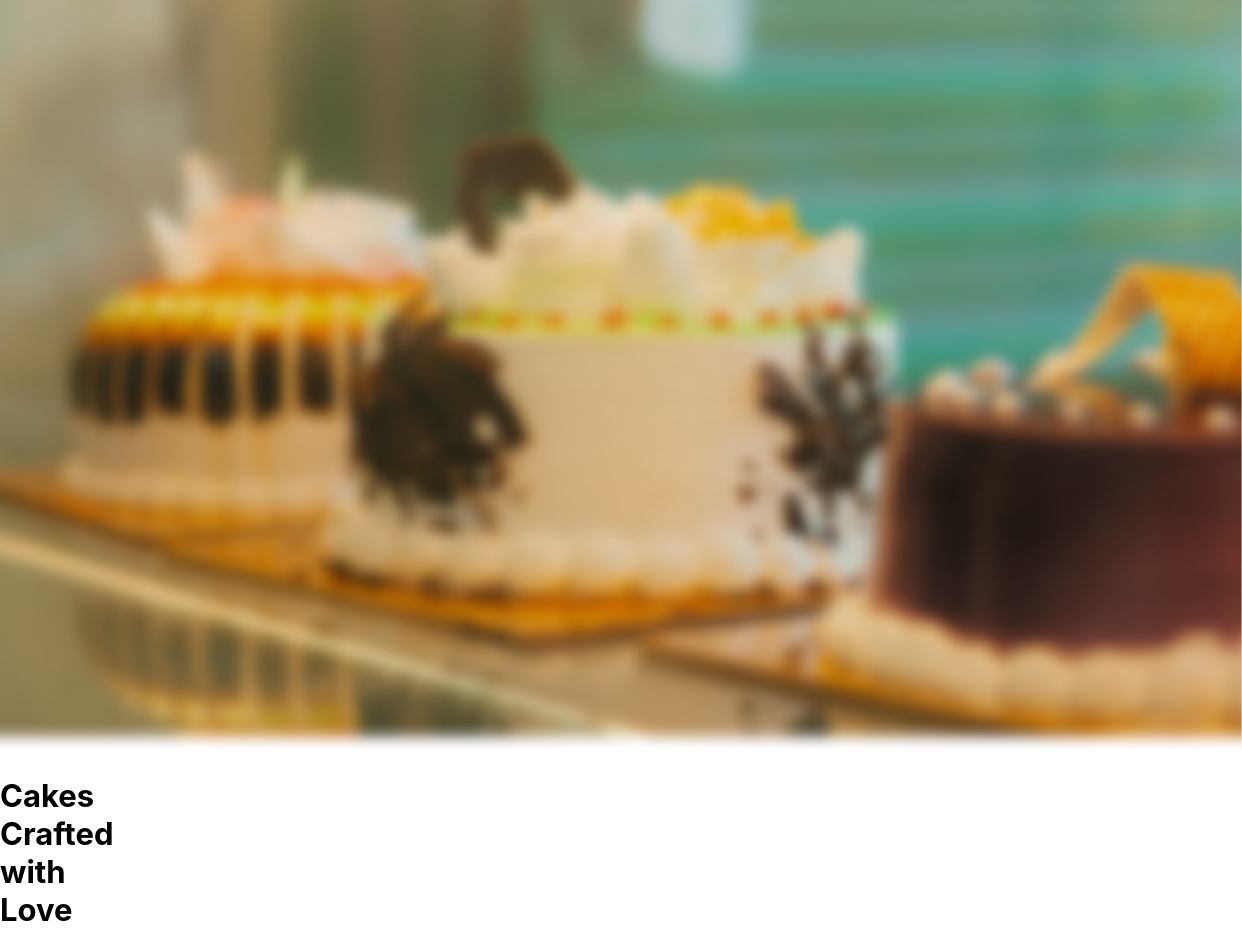
Repository: MEROO1010/cake-box-website
Page: / (app in Cake_box/cake_website/cake_frontend/)
The author's editor kept a copy of each file at every save. The page is drawn from the files as they stood at one save, then again after the next save.
The browser window is 1280 px wide. The pictures show the whole page, at 97% of full size.
The project was rebuilt for these pictures with package versions that can differ from the ones it lists, and the page was loaded fresh each time.

Above is the page before, as saved 2024-10-22 11:49:45.

### Cake_box/cake_website/cake_frontend/src/App.jsx
import { BrowserRouter as Router, Routes, Route } from 'react-router-dom';
import  Homepage from './components/HomePage/Homepage';

function App() {
    return (
        <Router>
            <Routes>
                <Route path="/" element={<Homepage />} />
            </Routes>
        </Router>
    );
}

export default App;

### Cake_box/cake_website/cake_frontend/src/components/HomePage/Homepage.jsx
import React from 'react'
import Homepagebg from '../assets/HomePage.png';
import styled from 'styled-components';

const Homepage = () => {
  return (
    <Container>

    <img src={Homepagebg} alt=""/>

    <h1>Cakes<br/> Crafted<br/> with<br/> Love</h1>

    </Container>
  )
}

export default Homepage

const Container = styled.div `
   img{
    width: 100%;

   }

   h1{
    color:black;
    marign-left:600px;
   }

  `

Loaded but not shown: Cake_box/cake_website/cake_frontend/public/index.html (common file); Cake_box/cake_website/cake_frontend/src/index.js (common file); Cake_box/cake_website/cake_frontend/src/index.css (common file); Cake_box/cake_website/cake_frontend/src/reportWebVitals.js (common file)

After the next save:
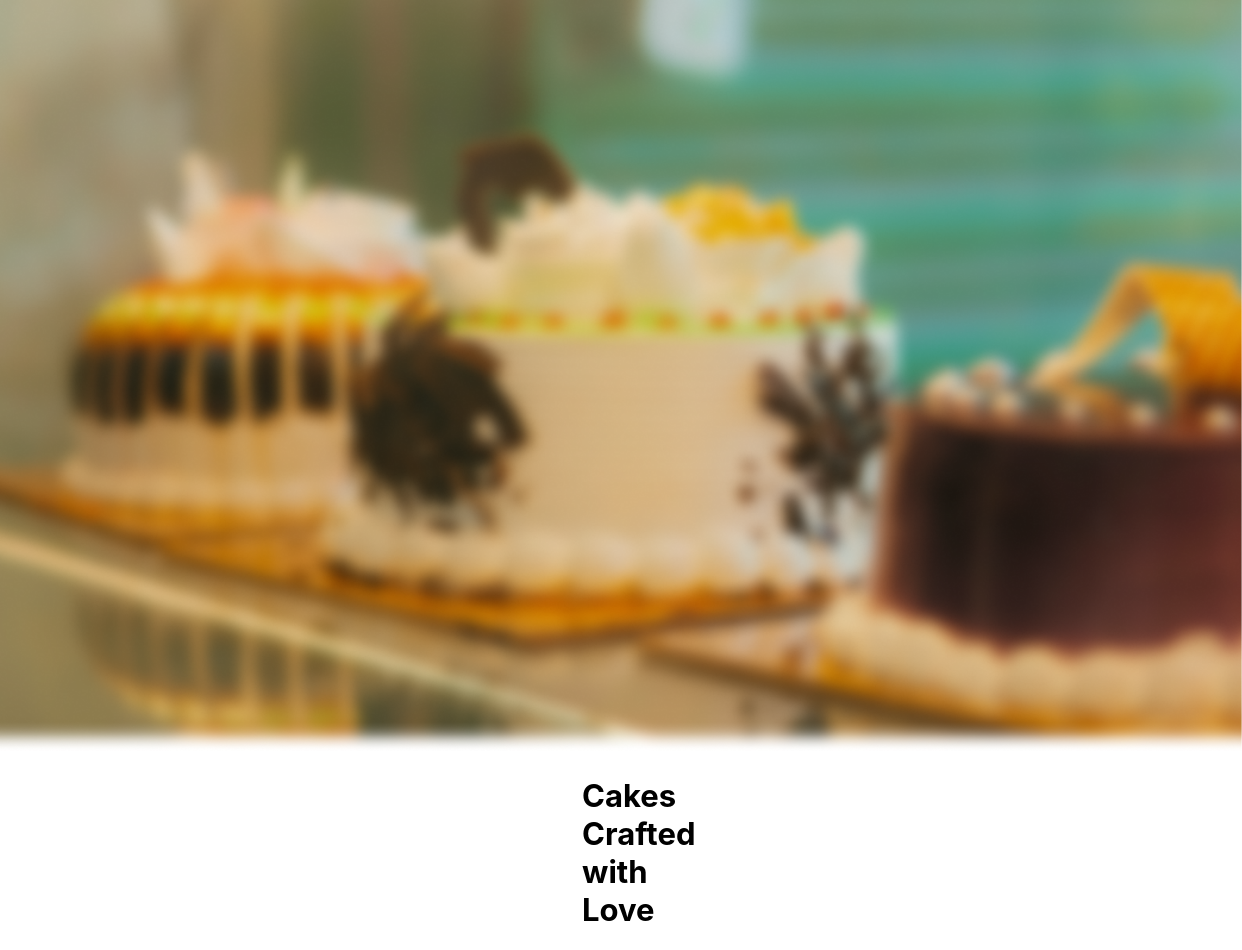
Saved 8 s later.
--- a/Cake_box/cake_website/cake_frontend/src/components/HomePage/Homepage.jsx
+++ b/Cake_box/cake_website/cake_frontend/src/components/HomePage/Homepage.jsx
@@ -24,7 +24,7 @@ const Container = styled.div `
 
    h1{
     color:black;
-    marign-left:600px;
+    margin-left:600px;
    }
 
   `
